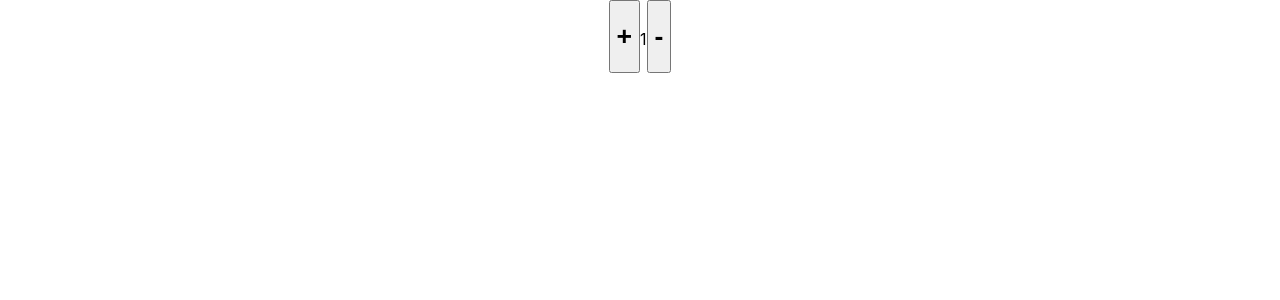
Repository: rihemebh/React-Basics
Page: / (app in redux-app/)
The author's editor kept a copy of each file at every save. The page is drawn from the files as they stood at one save, then again after a run of saves.
The browser window is 1280 px wide. The pictures show the whole page.
The project was rebuilt for these pictures with package versions that can differ from the ones it lists, and the page was loaded fresh each time.

Above is the page before, as saved 2021-07-06 11:09:02.

### redux-app/src/index.js
import React from 'react';
import ReactDOM from 'react-dom';
import './index.css';
import App from './App';
import { createStore } from 'redux';
import { Provider } from 'react-redux';
import reportWebVitals from './reportWebVitals';
import counterReducer from './store/reducers/reducer';

const store = createStore(counterReducer,window.__REDUX_DEVTOOLS_EXTENSION__ && window.__REDUX_DEVTOOLS_EXTENSION__())
ReactDOM.render(
  <React.StrictMode>

    <Provider store= {store} >
    <App />
      </Provider>
  </React.StrictMode>,
  document.getElementById('root')
);


reportWebVitals();

### redux-app/src/App.js
import logo from './logo.svg';
import './App.css';
import {useDispatch , useSelector} from 'react-redux';
import {increment , decrement} from './store/actions/action'

function App() {
  const dispatch = useDispatch();
  const counter = useSelector(state => state.count)
  return (
    <div className="App">
     <button onClick= {
       ()=>{
         dispatch(increment())
       }
     }><h1>+</h1></button>
     {counter}
     <button onClick= {
       ()=>{
         dispatch(decrement())
       }
     }><h1>-</h1></button>
    </div>
  );
}

export default App;

### redux-app/src/store/reducers/reducer.js
const initialState = {
  count: 1,
  title: "My Counter",
};

const counterReducer = (state = initialState, action) => {
  switch (action.type) {
    case "INCREMENT":
      return { ...state, count: state.count + action.payload };
    case "DECREMENT":
      return { ...state, count: state.count - action.payload };
    default:
      return state;
  }
};

export default counterReducer;

### redux-app/src/store/actions/action.js
const increment = () => {
    return {
        type : "INCREMENT",
        payload : 1,
    }
}
const decrement = () => {
    return {
        type : "DECREMENT",
        payload : 1,
    }
}

export  {increment , decrement}

Loaded but not shown: redux-app/public/index.html (common file); redux-app/src/index.css (common file); redux-app/src/reportWebVitals.js (common file); redux-app/src/App.css (common file)

After the next 3 saves:
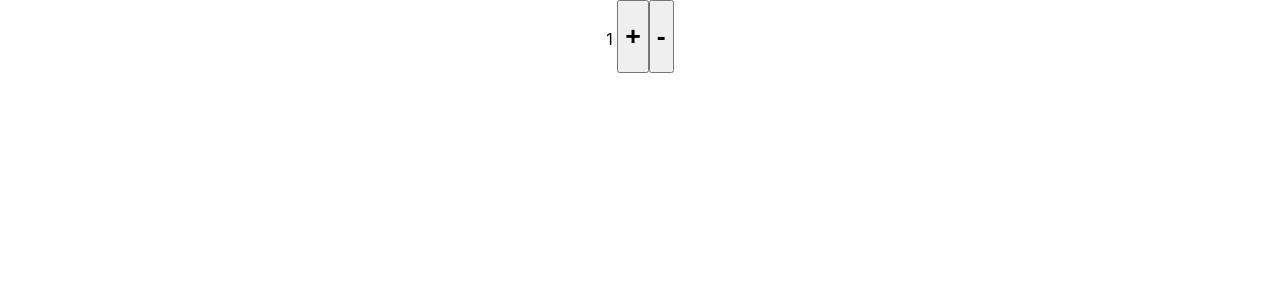
The 3 saves are shown as one change because they came seconds apart.
The last was saved 15 s later.
--- a/redux-app/src/App.js
+++ b/redux-app/src/App.js
@@ -8,12 +8,12 @@ function App() {
   const counter = useSelector(state => state.count)
   return (
     <div className="App">
-     <button onClick= {
+           {counter}     <button onClick= {
        ()=>{
          dispatch(increment())
        }
      }><h1>+</h1></button>
-     {counter}
+
      <button onClick= {
        ()=>{
          dispatch(decrement())
